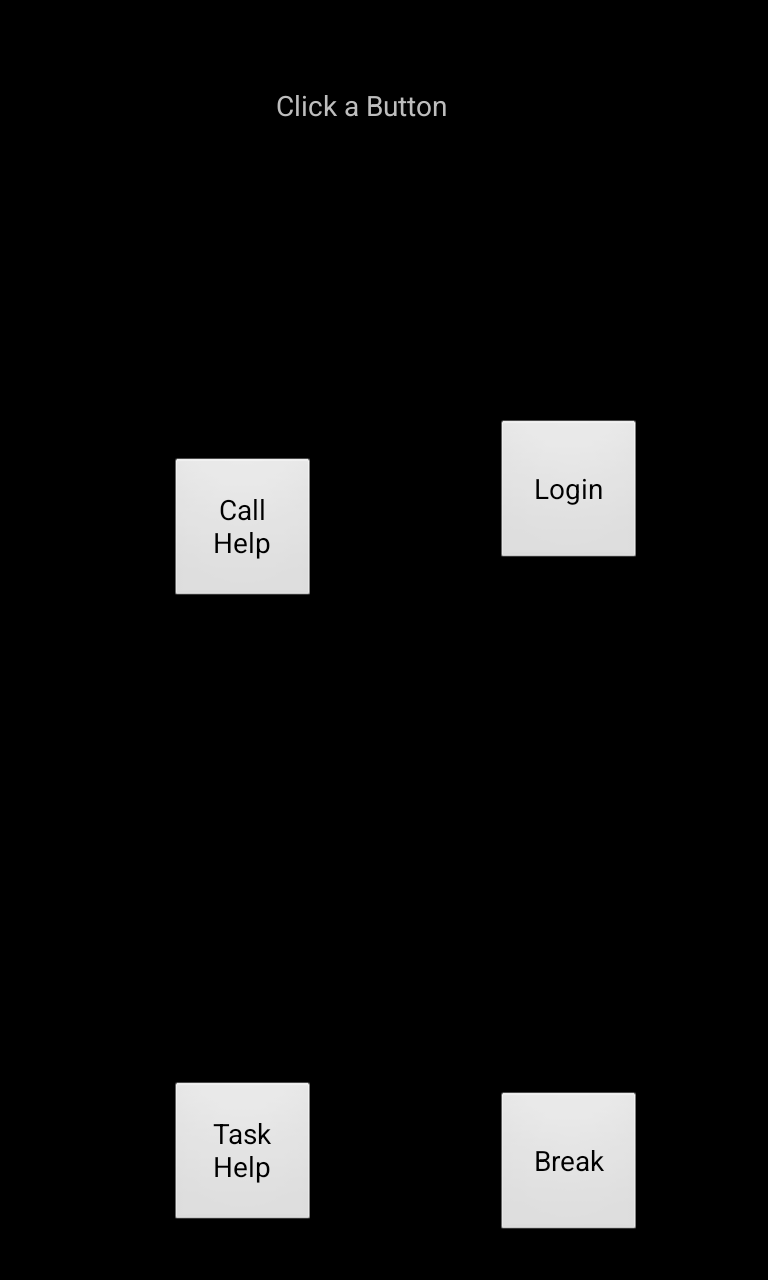
Repository: Crimson-Coders/project_java
Layout: appdev/Task_Tree_Activity/res/layout/main.xml
The author's editor kept a copy of each file at every save. The layout is drawn from the files as they stood at one save, then again after the next save.
It is drawn on a 768 x 1280 px phone screen (xhdpi) without system bars, with theme android:Theme; the app's code is not run.

Above is the layout before, as saved 2011-10-19 18:22:05.

After the next save:
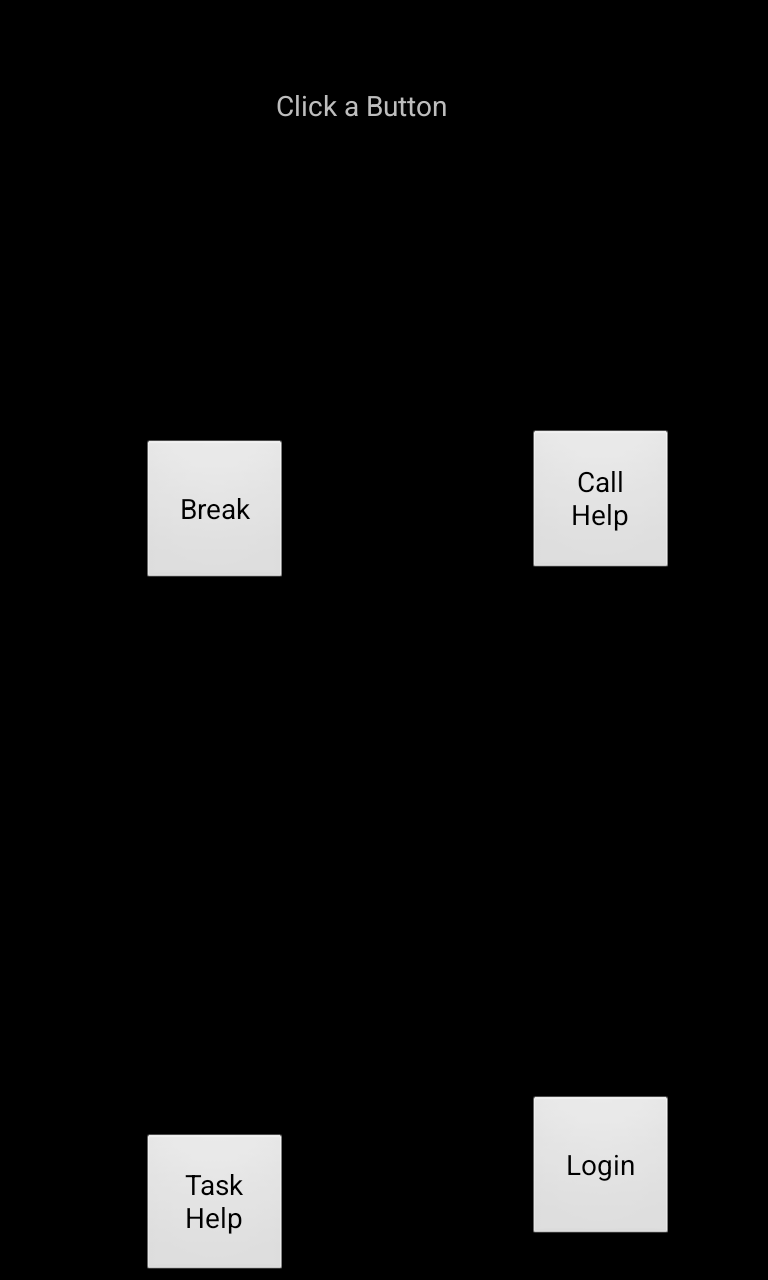
Saved 104 s later.
--- a/appdev/Task_Tree_Activity/res/layout/main.xml
+++ b/appdev/Task_Tree_Activity/res/layout/main.xml
@@ -4,16 +4,6 @@
         android:layout_width="fill_parent"
         android:layout_height="fill_parent"
         android:gravity="center_horizontal" >
-
-        <Button
-            android:id="@+id/taskHelp"
-            android:layout_width="150px"
-            android:layout_height="150px"
-            android:layout_alignParentBottom="true"
-            android:layout_alignParentLeft="true"
-            android:layout_marginBottom="25dp"
-            android:layout_marginLeft="38dp"
-            android:text="Task Help" />
 
         <TextView
             android:id="@+id/textView1"
@@ -28,28 +18,37 @@
             android:id="@+id/login"
             android:layout_width="150px"
             android:layout_height="150px"
+            android:layout_alignParentBottom="true"
             android:layout_alignRight="@+id/textView1"
-            android:layout_below="@+id/textView1"
-            android:layout_marginRight="16dp"
-            android:layout_marginTop="16dp"
-            android:text="Login"/>
+            android:layout_marginBottom="18dp"
+            android:text="Login" />
+
+        <Button
+            android:id="@+id/taskHelp"
+            android:layout_width="150px"
+            android:layout_height="150px"
+            android:layout_alignBaseline="@+id/login"
+            android:layout_alignBottom="@+id/login"
+            android:layout_alignParentLeft="true"
+            android:layout_marginLeft="24dp"
+            android:text="Task Help" />
 
         <Button
             android:id="@+id/callHelp"
             android:layout_width="150px"
             android:layout_height="150px"
-            android:layout_alignBaseline="@+id/login"
-            android:layout_alignBottom="@+id/login"
-            android:layout_alignLeft="@+id/taskHelp"
+            android:layout_alignRight="@+id/textView1"
+            android:layout_below="@+id/textView1"
+            android:layout_marginTop="21dp"
             android:text="Call Help" />
 
         <Button
             android:id="@+id/breakButton"
             android:layout_width="150px"
             android:layout_height="150px"
-            android:layout_alignBaseline="@+id/taskHelp"
-            android:layout_alignBottom="@+id/taskHelp"
-            android:layout_alignLeft="@+id/login"
-            android:text="Break"/>
+            android:layout_alignBaseline="@+id/callHelp"
+            android:layout_alignBottom="@+id/callHelp"
+            android:layout_alignLeft="@+id/taskHelp"
+            android:text="Break" />
 
     </RelativeLayout>
